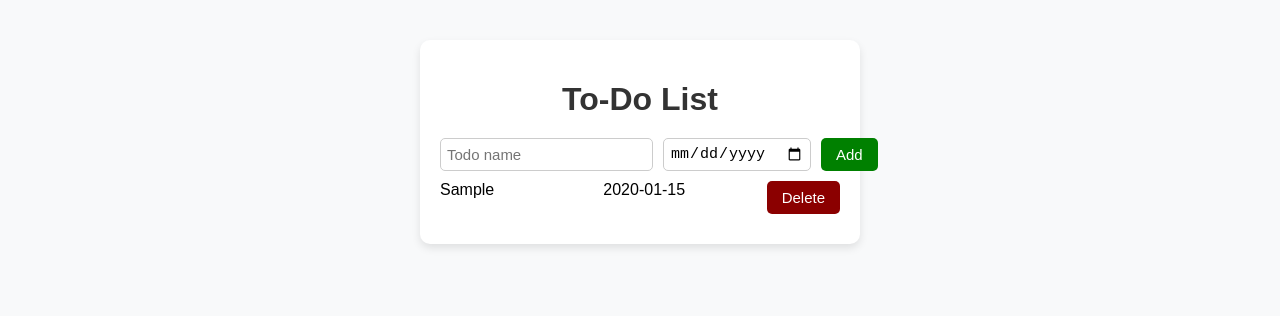
Repository: hawamubarakk/To-Do-list-
Page: 11-to-do-list.html
The author's editor kept a copy of each file at every save. The page is drawn from the files as they stood at one save, then again after the next save.
The browser window is 1280 px wide. The pictures show the whole page.
Empty fields were first filled with sample values (such as "Sample", 5 or name@example.com).
After loading, the first visible `button.add-todo-button` was clicked once.

Above is the page before, as saved 2025-08-17 15:37:03.

### 11-to-do-list.html
<!DOCTYPE html>
<html lang="en">
<head>
  <meta charset="UTF-8">
  <meta name="viewport" content="width=device-width, initial-scale=1.0">
  <title>To-Do List App</title>
  <link rel="stylesheet" href="11-to-do-list.css">
</head>
<body>
  <div class="todo-container">
    <h1>To-Do List</h1>

    <!-- Input Section -->
    <div class="todo-input-grid">
      <input type="text" placeholder="Todo name" class="js-name-input name-input">
      <input type="date" class="js-due-date-input due-date-input">
      <button class="add-todo-button" onclick="addTodo()">Add</button>
    </div>

    <!-- Todo List Section -->
    <div class="todo-grid js-todo-list"></div>
  </div>

  <script src="11-to-do-list.js"></script>
</body>
</html>

### 11-to-do-list.css
/* Global Styles */
body {
  font-family: Arial, sans-serif;
  background: #f8f9fa;
  margin: 40px;
  display: flex;
  justify-content: center;
  align-items: flex-start;
}

/* Heading */
h1 {
  text-align: center;
  margin-bottom: 20px;
  color: #333;
}

/* Main Container */
.todo-container {
  background: #fff;
  padding: 20px;
  border-radius: 10px;
  box-shadow: 0 4px 8px rgba(0,0,0,0.1);
  width: 400px;
}

/* Input and Task Grid */
.todo-grid,
.todo-input-grid {
  display: grid;
  grid-template-columns: 1fr 1fr auto;
  gap: 10px;
  margin-bottom: 10px;
}

.name-input,
.due-date-input {
  font-size: 15px;
  padding: 6px;
  border: 1px solid #ccc;
  border-radius: 5px;
}

/* Buttons */
.add-todo-button,
.delete-todo-button {
  border: none;
  font-size: 15px;
  cursor: pointer;
  border-radius: 5px;
  padding: 8px 15px;
  color: #fff;
  transition: background 0.3s ease, transform 0.2s ease;
}

.add-todo-button {
  background-color: green;
}

.add-todo-button:hover {
  background-color: darkgreen;
  transform: scale(1.05);
}

.delete-todo-button {
  background-color: darkred;
}

.delete-todo-button:hover {
  background-color: crimson;
  transform: scale(1.05);
}

/* Task Rows */
.todo-row {
  display: contents;
}

.completed {
  text-decoration: line-through;
  color: gray;
}

/* Responsive Design */
@media (max-width: 500px) {
  .todo-grid,
  .todo-input-grid {
    grid-template-columns: 1fr;
  }

  .add-todo-button,
  .delete-todo-button {
    width: 100%;
  }
}

### 11-to-do-list.js
const todoList = [];

function renderTodoList() {
  let todoListHTML = '';

  for (let i = 0; i < todoList.length; i++) {
    const todoObject = todoList[i];
    const { name, dueDate } = todoObject;

    const html = `
      <div class="todo-row">
        <div>${name}</div>
        <div>${dueDate || "-"}</div>
        <button onclick="
          todoList.splice(${i}, 1);
          renderTodoList();
        " class="delete-todo-button">Delete</button>
      </div>
    `;
    todoListHTML += html;
  }

  document.querySelector('.js-todo-list').innerHTML = todoListHTML;
}

function addTodo() {
  const inputElement = document.querySelector('.js-name-input');
  const name = inputElement.value.trim();

  const dateInputElement = document.querySelector('.js-due-date-input');
  const dueDate = dateInputElement.value;

  if (!name) {
    alert("Please enter a task");
    return;
  }

  todoList.push({ name, dueDate });

  inputElement.value = '';
  dateInputElement.value = '';

  renderTodoList();
}

After the next save:
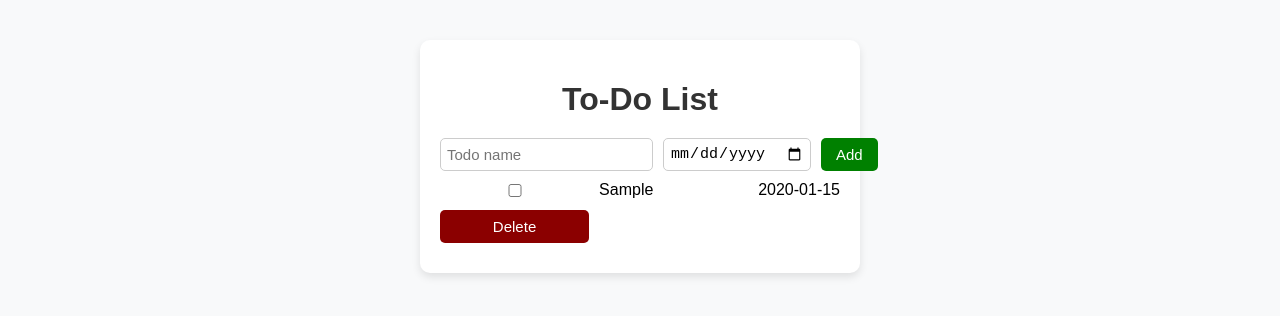
Saved 6 s later.
--- a/11-to-do-list.js
+++ b/11-to-do-list.js
@@ -1,24 +1,26 @@
-const todoList = [];
+// Load tasks from localStorage or empty array
+let todoList = JSON.parse(localStorage.getItem("todos")) || [];
+
+function saveTodos() {
+  localStorage.setItem("todos", JSON.stringify(todoList));
+}
 
 function renderTodoList() {
   let todoListHTML = '';
 
-  for (let i = 0; i < todoList.length; i++) {
-    const todoObject = todoList[i];
-    const { name, dueDate } = todoObject;
+  todoList.forEach((todo, i) => {
+    const { name, dueDate, completed } = todo;
 
-    const html = `
+    todoListHTML += `
       <div class="todo-row">
-        <div>${name}</div>
+        <input type="checkbox" ${completed ? "checked" : ""}
+          onchange="toggleComplete(${i})">
+        <div class="${completed ? 'completed' : ''}">${name}</div>
         <div>${dueDate || "-"}</div>
-        <button onclick="
-          todoList.splice(${i}, 1);
-          renderTodoList();
-        " class="delete-todo-button">Delete</button>
+        <button class="delete-todo-button" onclick="deleteTodo(${i})">Delete</button>
       </div>
     `;
-    todoListHTML += html;
-  }
+  });
 
   document.querySelector('.js-todo-list').innerHTML = todoListHTML;
 }
@@ -35,10 +37,33 @@ function addTodo() {
     return;
   }
 
-  todoList.push({ name, dueDate });
+  todoList.push({ name, dueDate, completed: false });
+  saveTodos();
 
   inputElement.value = '';
   dateInputElement.value = '';
 
   renderTodoList();
 }
+
+function deleteTodo(index) {
+  todoList.splice(index, 1);
+  saveTodos();
+  renderTodoList();
+}
+
+function toggleComplete(index) {
+  todoList[index].completed = !todoList[index].completed;
+  saveTodos();
+  renderTodoList();
+}
+
+// Add Enter key support
+document.querySelector('.js-name-input').addEventListener('keydown', (event) => {
+  if (event.key === 'Enter') {
+    addTodo();
+  }
+});
+
+// Initial render
+renderTodoList();
